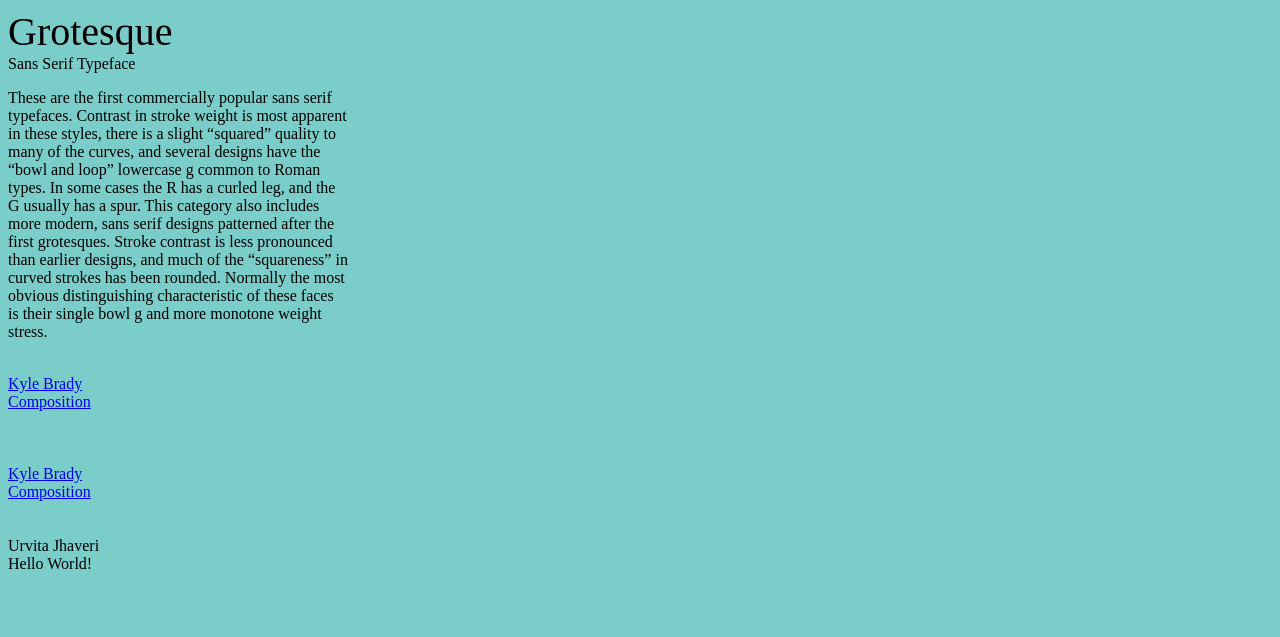
Repository: diasm568/diasm568.github.io
Page: lab/archive/grotesque.html
The author's editor kept a record of every edit. The page is drawn from the files as they stood at one moment, then again after the next edit.
The browser window is 1280 px wide. The pictures show the whole page.

Above is the page before.

After the next edit:
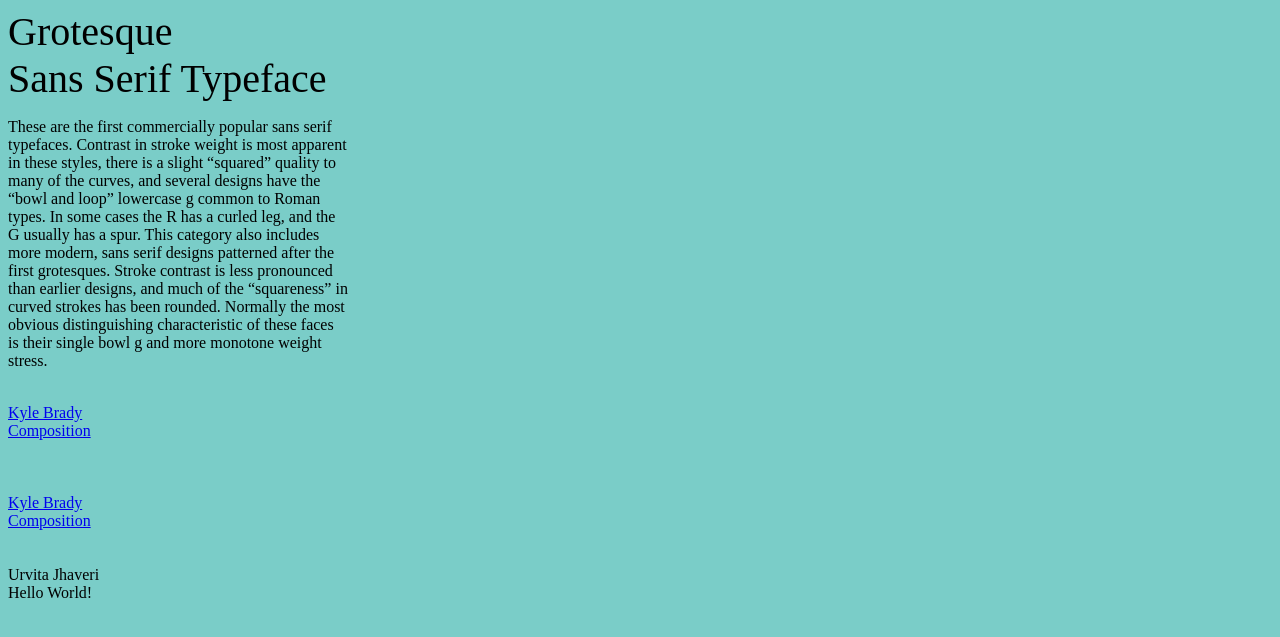
The edit:
--- a/lab/archive/css/page2.css
+++ b/lab/archive/css/page2.css
@@ -7,6 +7,11 @@
     font-size: 40px;
 }
 
+p2 {
+    font-family: bebasNeueRegular;
+    font-size: 40px;
+}
+
 p {
     font-family: roboto-light;
 }
